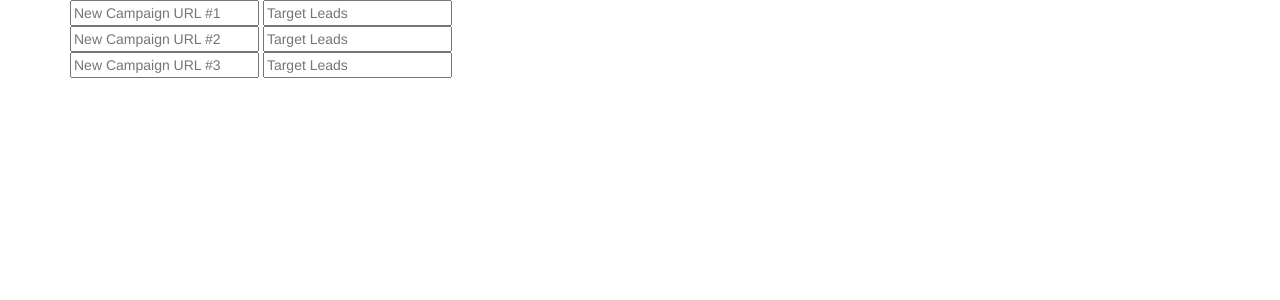
Repository: aneeshsingh/workspace
Page: http://localhost/analytics/Add_Product_Page_6.jsp
An editor plug-in stored every save of this project. The page is shown before and after the next save, followed by the edit.
The browser window is 1280 px wide. The pictures show the whole page.
The page is served by Tomcat 9.

Above is the page before, as saved 2016-03-07 03:05:06.

After the next save:
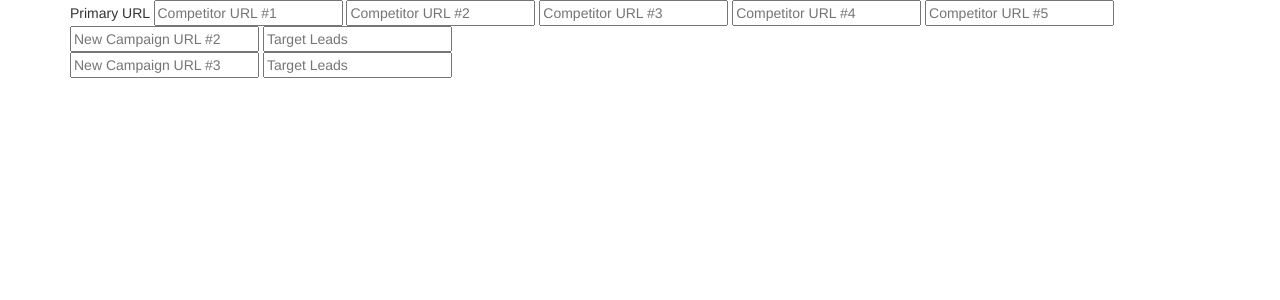
Saved 85 s later.
--- a/analytics/war/Add_Product_Page_6.jsp
+++ b/analytics/war/Add_Product_Page_6.jsp
@@ -25,9 +25,12 @@
 		<div class="row">
 
 			<div class="col-md-12">
-
-			<input type="text" name="new_campaign_url_1" id="new_campaign_url_1" placeholder="New Campaign URL #1">
-			<input type="text" name="new_campaign_url_leads_1" id="new_campaign_url_leads_1" placeholder="Target Leads">
+			<span>Primary URL</span>
+			<input type="text" name="competitor_url_1" id="competitor_url_1" placeholder="Competitor URL #1">
+			<input type="text" name="competitor_url_2" id="competitor_url_2" placeholder="Competitor URL #2">
+			<input type="text" name="competitor_url_3" id="competitor_url_3" placeholder="Competitor URL #3">
+			<input type="text" name="competitor_url_4" id="competitor_url_4" placeholder="Competitor URL #4">
+			<input type="text" name="competitor_url_5" id="competitor_url_5" placeholder="Competitor URL #5">
 
 			</div>
 		</div>
